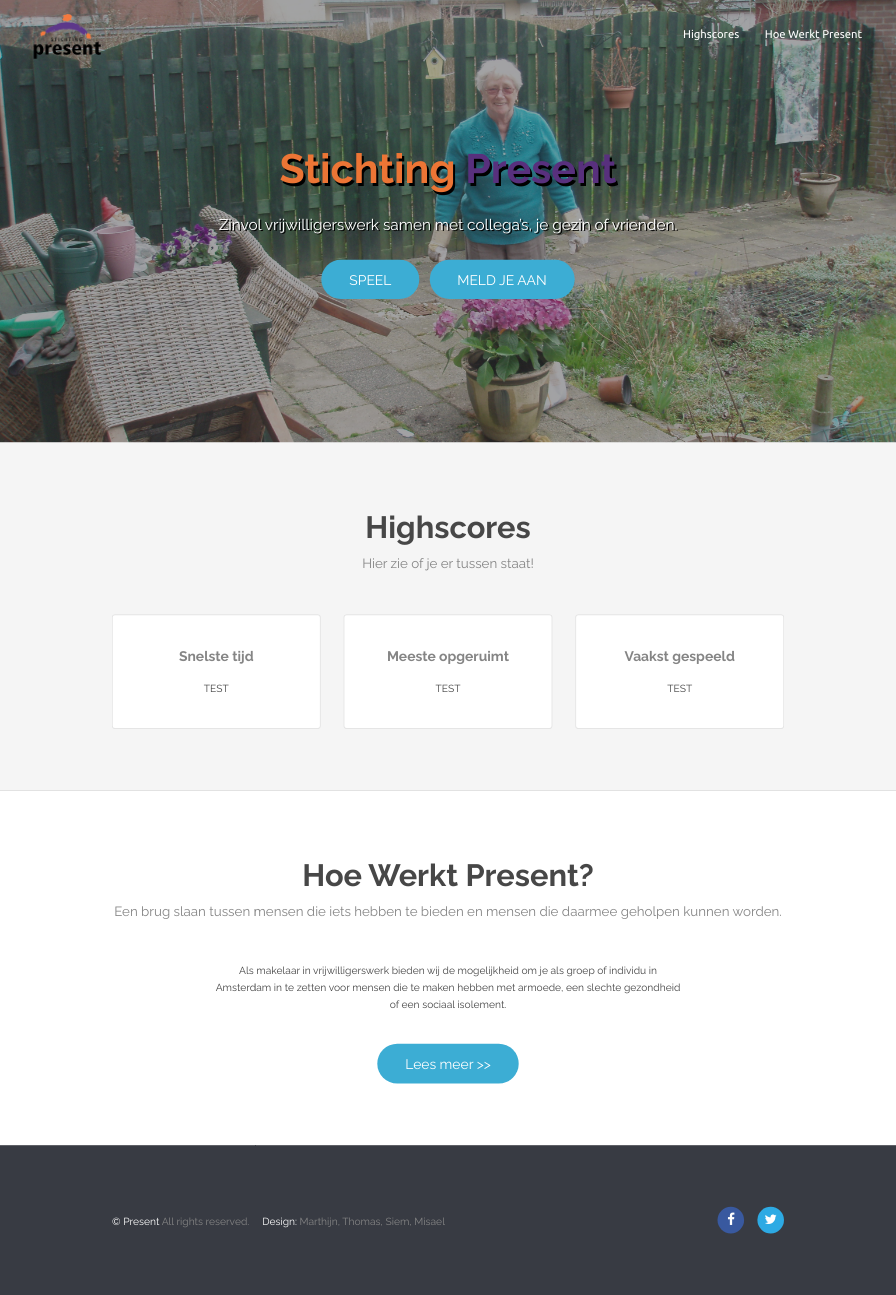
Repository: siemdicou/stichtingpresent
Page: website/index.html
The author's editor kept a record of every edit. The page is drawn from the files as they stood at one moment, then again after the next edit.
The browser window is 1280 px wide. The pictures show the whole page, at 70% of full size.
Backgrounds fixed to the window are drawn as part of the page.

Above is the page before.

### website/index.html
<!DOCTYPE html>
<html lang="en">
	<head>
		<meta charset="UTF-8">
		<title>Stichting Present</title>
		<meta http-equiv="content-type" content="text/html; charset=utf-8" />
		<meta name="description" content="" />
		<meta name="keywords" content="" />
		<!--[if lte IE 8]><script src="js/html5shiv.js"></script><![endif]-->
		<script src="js/jquery.min.js"></script>
		<script src="js/skel.min.js"></script>
		<script src="js/skel-layers.min.js"></script>
		<script src="js/init.js"></script>
		<link rel="apple-touch-icon" sizes="57x57" href="images/favicon/apple-icon-57x57.png">
		<link rel="apple-touch-icon" sizes="60x60" href="images/favicon/apple-icon-60x60.png">
		<link rel="apple-touch-icon" sizes="72x72" href="images/favicon/apple-icon-72x72.png">
		<link rel="apple-touch-icon" sizes="76x76" href="images/favicon/apple-icon-76x76.png">
		<link rel="apple-touch-icon" sizes="114x114" href="images/favicon/apple-icon-114x114.png">
		<link rel="apple-touch-icon" sizes="120x120" href="images/favicon/apple-icon-120x120.png">
		<link rel="apple-touch-icon" sizes="144x144" href="images/favicon/apple-icon-144x144.png">
		<link rel="apple-touch-icon" sizes="152x152" href="images/favicon/apple-icon-152x152.png">
		<link rel="apple-touch-icon" sizes="180x180" href="images/favicon/apple-icon-180x180.png">
		<link rel="icon" type="image/png" sizes="192x192"  href="images/favicon/android-icon-192x192.png">
		<link rel="icon" type="image/png" sizes="32x32" href="images/favicon/favicon-32x32.png">
		<link rel="icon" type="image/png" sizes="96x96" href="images/favicon/favicon-96x96.png">
		<link rel="icon" type="image/png" sizes="16x16" href="images/favicon/favicon-16x16.png">
		<link rel="manifest" href="/manifest.json">
		<meta name="msapplication-TileColor" content="#ffffff">
		<meta name="msapplication-TileImage" content="/ms-icon-144x144.png">
		<meta name="theme-color" content="#ffffff">
		<noscript>
			<link rel="stylesheet" href="css/skel.css" />
			<link rel="stylesheet" href="css/style.css" />
			<link rel="stylesheet" href="css/style-xlarge.css" />
			<link rel="stylesheet" href="css/hover.css" />
			<link href="images/favicon.ico" rel="shortcut icon"></link>
		</noscript>
		<script>
	// dit is een ander scriptje dat zorgt voor een VLOEIEND SCROLLEN.
$(function() {
  $('a[href*=#]:not([href=#])').click(function() {
    if (location.pathname.replace(/^\//,'') == this.pathname.replace(/^\//,'') && location.hostname == this.hostname) {
      var target = $(this.hash);
      target = target.length ? target : $('[name=' + this.hash.slice(1) +']');
      if (target.length) {
        $('html,body').animate({
          scrollTop: target.offset().top
        }, 1000);
        return false;
      }
    }
  });
});
</script>
	</head>
	<body class="landing">

		<!-- Header -->
			<header id="header">
				<h1><a href="index.html"><img class="logo" src="images/logo.gif" width="100" height="64"  alt=""/></a></h1>
				<nav id="nav">
					<ul>
						<li><a href="#one">Highscores</a></li>
						<li><a href="#two">Hoe Werkt Present</a></li>
					</ul>
				</nav>
			</header>

		<!-- Banner -->
			<section id="banner">
				<h2><FONT COLOR="#EC7535">Stichting</FONT> <FONT COLOR="#58307D">Present</FONT></h2>
				<p>Zinvol vrijwilligerswerk samen met collega’s, je gezin of vrienden.</p>
				<ul class="actions">
					<li>
						<a href="#" target="_blank" class="button big buttsp">SPEEL</a>&nbsp;&nbsp;&nbsp;
						<a href="http://stichtingpresent.nl/amsterdam/aanmelden/" target="_blank" class="button big buttme">MELD JE AAN</a>
					</li>
				</ul>
			</section>
		<!-- One -->
			<section id="one" class="wrapper style1 special">
				<div class="container">
					<header class="major">
						<h2>Highscores</h2>
						<p>Hier zie of je er tussen staat!</p>
					</header>
					<div class="row 150%">
						<div class="4u 12u$(medium)">
							<section class="box">
								<h3>Snelste tijd</h3>
								<p>TEST</p>
							</section>
						</div>
						<div class="4u 12u$(medium)">
							<section class="box">
								<h3>Meeste opgeruimt</h3>
								<p>TEST</p>
							</section>
						</div>
						<div class="4u$ 12u$(medium)">
							<section class="box">
								<h3>Vaakst gespeeld</h3>
								<p>TEST</p>
							</section>
						</div>
					</div>
				</div>
			</section>

		<!-- Two -->
			<section id="two" class="wrapper style2 special">
				<div class="container">
					<header class="major">
						<h2>Hoe Werkt Present?</h2>
						<p>Een brug slaan tussen mensen die iets hebben te bieden en mensen die daarmee geholpen kunnen worden.</p>
					</header>
					<footer>
						<p>Als makelaar in vrijwilligerswerk bieden wij de mogelijkheid om je als groep of individu in Amsterdam in te zetten voor mensen die te maken hebben met armoede, een slechte gezondheid of een sociaal isolement.</p>
						<ul class="actions">
							<li>
								<a href="http://stichtingpresent.nl/amsterdam/hoe-werkt-present/voor-vrijwilligers/" target="_blank" class="button big">Lees meer >></a>
							</li>
						</ul>
					</footer>
				</div>
			</section>

		<!-- Three -->
		<!--	<section id="three" class="wrapper style3 special">-->
		<!--		<div class="container">-->
		<!--			<header class="major">-->
		<!--				<h2>Aanmelden</h2>-->
		<!--				<p>Meld je aan en help Stichting Present!</p>-->
		<!--			</header>-->
		<!--		</div>-->
		<!--		<div class="container 50%">-->
		<!--			<form action="#" method="post">-->
		<!--				<div class="row uniform">-->
		<!--					<div class="6u 12u$(small)">-->
		<!--						<input name="name" id="name" value="" placeholder="Naam" type="text">-->
		<!--					</div>-->
		<!--					<div class="6u$ 12u$(small)">-->
		<!--						<input name="email" id="email" value="" placeholder="Email" type="email">-->
		<!--					</div>-->
		<!--					<div class="12u$">-->
		<!--						<textarea name="message" id="message" placeholder="Bericht" rows="6"></textarea>-->
		<!--					</div>-->
		<!--					<div class="12u$">-->
		<!--						<ul class="actions">-->
		<!--							<li><input value="Verzenden" class="special big" type="submit"></li>-->
		<!--						</ul>-->
		<!--					</div>-->
		<!--				</div>-->
		<!--			</form>-->
		<!--		</div>-->
		<!--	</section>-->

		<!-- Footer -->
			<footer id="footer">
				<div class="container">
					<!--<section class="links">-->
					<!--	<div class="row">-->
					<!--		<section class="3u 6u(medium) 12u$(small)">-->
					<!--			<h3>Lorem ipsum dolor</h3>-->
					<!--			<ul class="unstyled">-->
					<!--				<li><a href="#">Lorem ipsum dolor sit</a></li>-->
					<!--				<li><a href="#">Nesciunt itaque, alias possimus</a></li>-->
					<!--				<li><a href="#">Optio rerum beatae autem</a></li>-->
					<!--				<li><a href="#">Nostrum nemo dolorum facilis</a></li>-->
					<!--				<li><a href="#">Quo fugit dolor totam</a></li>-->
					<!--			</ul>-->
					<!--		</section>-->
					<!--		<section class="3u 6u$(medium) 12u$(small)">-->
					<!--			<h3>Culpa quia, nesciunt</h3>-->
					<!--			<ul class="unstyled">-->
					<!--				<li><a href="#">Lorem ipsum dolor sit</a></li>-->
					<!--				<li><a href="#">Reiciendis dicta laboriosam enim</a></li>-->
					<!--				<li><a href="#">Corporis, non aut rerum</a></li>-->
					<!--				<li><a href="#">Laboriosam nulla voluptas, harum</a></li>-->
					<!--				<li><a href="#">Facere eligendi, inventore dolor</a></li>-->
					<!--			</ul>-->
					<!--		</section>-->
					<!--		<section class="3u 6u(medium) 12u$(small)">-->
					<!--			<h3>Neque, dolore, facere</h3>-->
					<!--			<ul class="unstyled">-->
					<!--				<li><a href="#">Lorem ipsum dolor sit</a></li>-->
					<!--				<li><a href="#">Distinctio, inventore quidem nesciunt</a></li>-->
					<!--				<li><a href="#">Explicabo inventore itaque autem</a></li>-->
					<!--				<li><a href="#">Aperiam harum, sint quibusdam</a></li>-->
					<!--				<li><a href="#">Labore excepturi assumenda</a></li>-->
					<!--			</ul>-->
					<!--		</section>-->
					<!--		<section class="3u$ 6u$(medium) 12u$(small)">-->
					<!--			<h3>Illum, tempori, saepe</h3>-->
					<!--			<ul class="unstyled">-->
					<!--				<li><a href="#">Lorem ipsum dolor sit</a></li>-->
					<!--				<li><a href="#">Recusandae, culpa necessita nam</a></li>-->
					<!--				<li><a href="#">Cupiditate, debitis adipisci blandi</a></li>-->
					<!--				<li><a href="#">Tempore nam, enim quia</a></li>-->
					<!--				<li><a href="#">Explicabo molestiae dolor labore</a></li>-->
					<!--			</ul>-->
					<!--		</section>-->
					<!--	</div>-->
					<!--</section>-->
					<div class="row">
						<div class="8u 12u$(medium)">
							<ul class="copyright">
								<li><a href="http://stichtingpresent.nl/amsterdam/" target="_blank"><FONT COLOR="#fff">&copy; Present</FONT></a> All rights reserved.</li>
								<li><FONT COLOR="#fff">Design:</FONT> Marthijn, Thomas, Siem, Misael</li>
							</ul>
						</div>
						<div class="4u$ 12u$(medium)">
							<ul class="icons">
								<li>
									<a href="https://twitter.com/Presentnl" class="icon rounded fa-facebook"><span class="label">Facebook</span></a>
								</li>
								<li>
									<a href="https://twitter.com/Presentnl" class="icon rounded fa-twitter"><span class="label">Twitter</span></a>
								</li>
								<!--<li>-->
								<!--	<a href="https://twitter.com/Presentnl" class="icon rounded fa-google-plus"><span class="label">Google+</span></a>-->
								<!--</li>-->
								<!--<li>-->
								<!--	<a href="https://twitter.com/Presentnl" class="icon rounded fa-linkedin"><span class="label">LinkedIn</span></a>-->
								<!--</li>-->
							</ul>
						</div>
					</div>
				</div>
			</footer>

	</body>
</html>

Loaded but not shown: website/js/jquery.min.js (library); website/js/skel.min.js (library); website/js/skel-layers.min.js (library); website/css/style-xlarge.css (common file); website/css/style-large.css (common file); website/css/font-awesome.min.css (library); website/js/init.js (88 lines, source omitted); website/css/style.css (1264 lines, source omitted)

After the next edit:
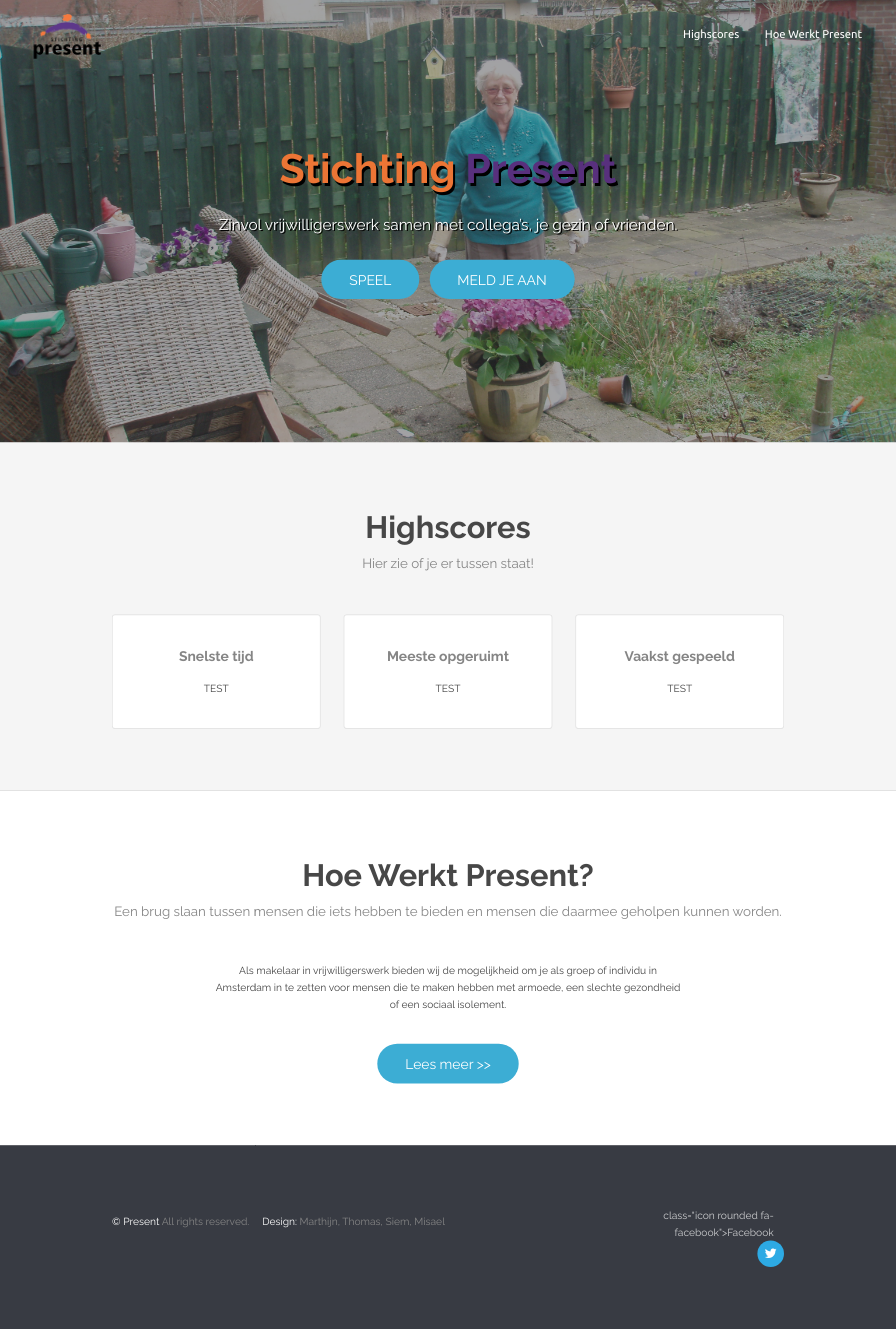
The edit:
--- a/website/index.html
+++ b/website/index.html
@@ -212,7 +212,7 @@
 						<div class="4u$ 12u$(medium)">
 							<ul class="icons">
 								<li>
-									<a href="https://twitter.com/Presentnl" class="icon rounded fa-facebook"><span class="label">Facebook</span></a>
+									<a href="https://www.facebook.com/stichtingpresent.amsterdam/?fref=ts" target="_blank"> class="icon rounded fa-facebook"><span class="label">Facebook</span></a>
 								</li>
 								<li>
 									<a href="https://twitter.com/Presentnl" class="icon rounded fa-twitter"><span class="label">Twitter</span></a>

After the edit that followed:
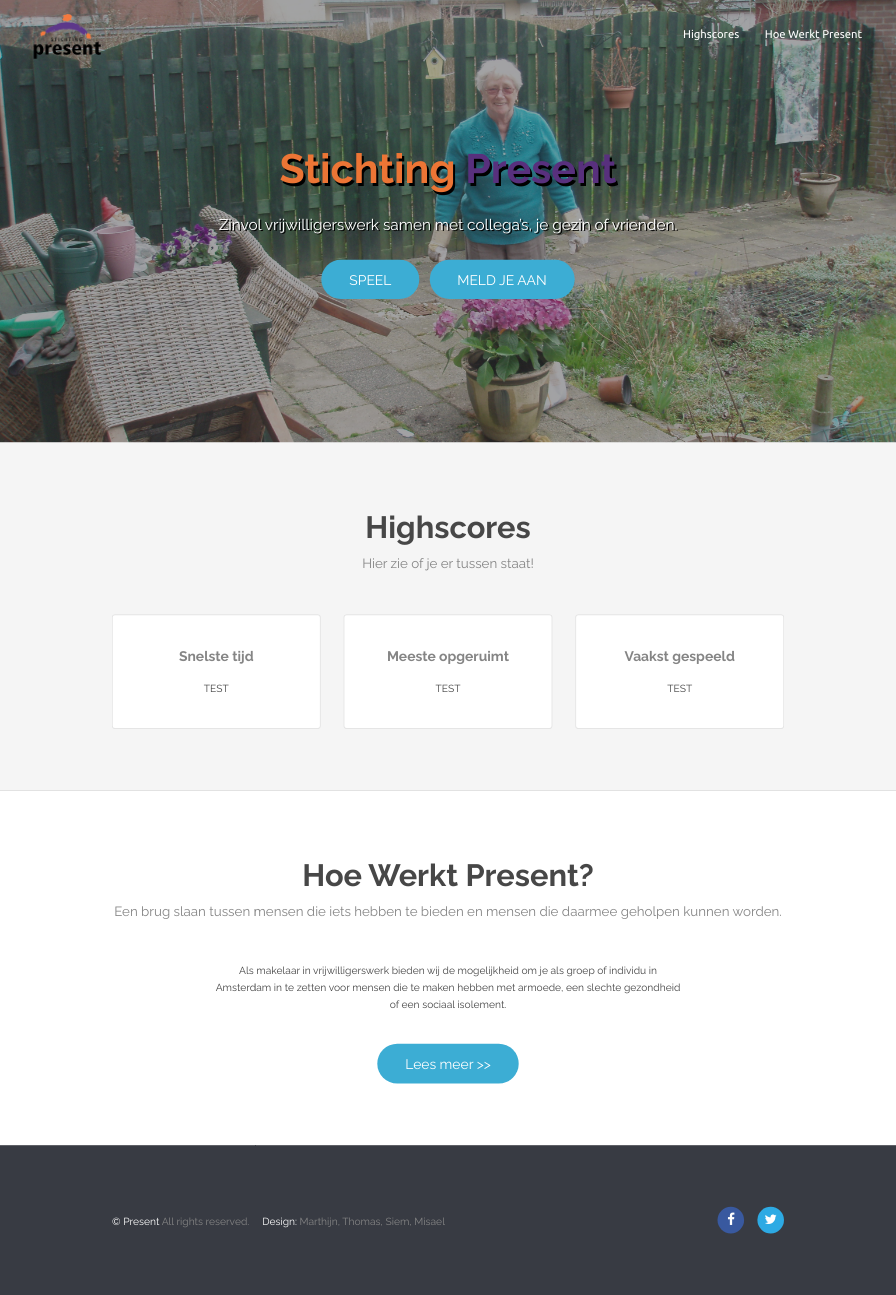
The edit:
--- a/website/index.html
+++ b/website/index.html
@@ -212,7 +212,7 @@
 						<div class="4u$ 12u$(medium)">
 							<ul class="icons">
 								<li>
-									<a href="https://www.facebook.com/stichtingpresent.amsterdam/?fref=ts" target="_blank"> class="icon rounded fa-facebook"><span class="label">Facebook</span></a>
+									<a href="https://www.facebook.com/stichtingpresent.amsterdam/?fref=ts" target="_blank" class="icon rounded fa-facebook"><span class="label">Facebook</span></a>
 								</li>
 								<li>
 									<a href="https://twitter.com/Presentnl" class="icon rounded fa-twitter"><span class="label">Twitter</span></a>
